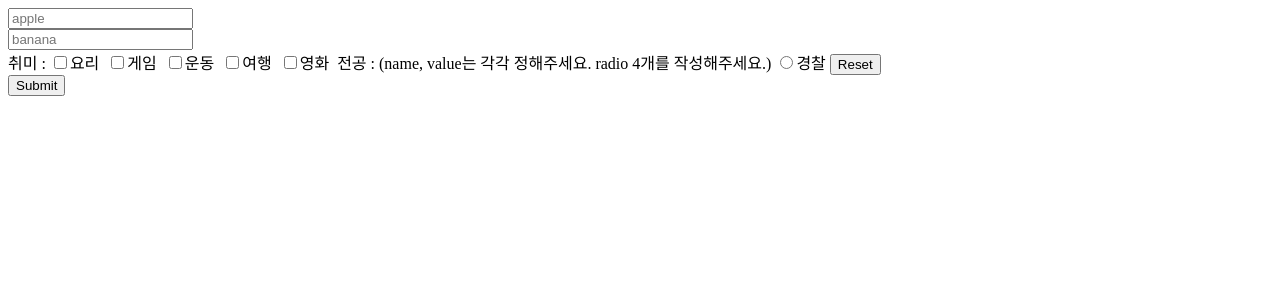
Repository: jjjjjjji-hun/jsp_practice
Page: http://localhost/JSPBasic/jspObject/1.requests/req_param_send.jsp
An editor plug-in stored every save of this project. The page is shown before and after the next save, followed by the edit.
The browser window is 1280 px wide. The pictures show the whole page.
The page is served by Tomcat 9.

Above is the page before, as saved 2022-02-03 06:35:43.

### JSPBasic/src/main/webapp/jspObject/1.requests/req_param_send.jsp
<%@ page language="java" contentType="text/html; charset=UTF-8"
    pageEncoding="UTF-8"%>
<!DOCTYPE html>
<html>
<head>
<meta charset="UTF-8">
<title>Insert title here</title>
</head>
<body>
<%--아래에 form을 만들고 내부에 input 4개를 만들어주세요.
input태그의 type속성은 하나는 text, 하나는 password
name 속성은 하나는 apple, 하나는 banana로 해 주세요.
reset 버튼과 submit 버튼도 각각 하나씩 만들어주세요.

form의 action이 바로 목적지를 적는 부분임
웹개발에서는 받을 페이지 회면의 주소를 적어줍니다. --%>
	<form action="req_param_getpost.jsp" method="get">
	<input type="text" name="apple" placeholder="apple"/><br/>
	<input type="password" name="banana" placeholder="banana"/><br/>

	취미 :
	<input type="checkbox" name="hobby" value="요리"/>요리&nbsp;
	<input type="checkbox" name="hobby" value="게임"/>게임&nbsp;
	<input type="checkbox" name="hobby" value="운동"/>운동&nbsp;
	<input type="checkbox" name="hobby" value="여행"/>여행&nbsp;
	<input type="checkbox" name="hobby" value="영화"/>영화&nbsp;

	전공 : (name, value는 각각 정해주세요. radio 4개를 작성해주세요.)
	<input type="radio" name="study" value="경찰학과"/>경찰

	<input type="reset" /><br/>
	<input type="submit" />
	</form>
</body>
</html>

After the next save:
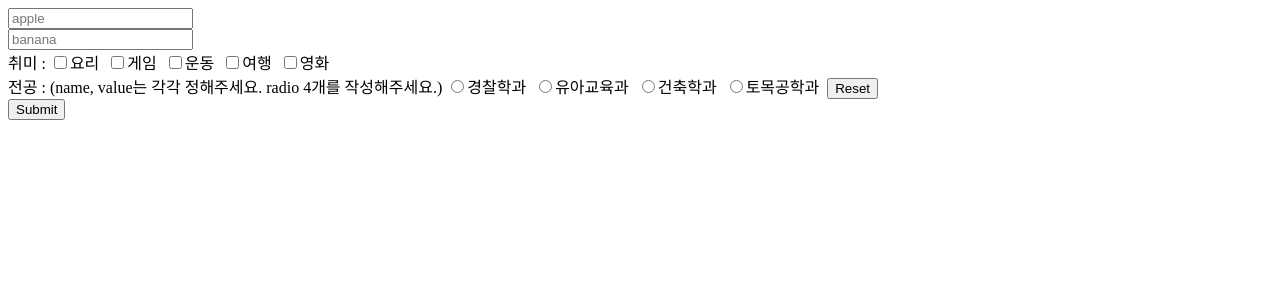
Saved 96 s later.
--- a/JSPBasic/src/main/webapp/jspObject/1.requests/req_param_send.jsp
+++ b/JSPBasic/src/main/webapp/jspObject/1.requests/req_param_send.jsp
@@ -24,9 +24,12 @@ form의 action이 바로 목적지를 적는 부분임
 	<input type="checkbox" name="hobby" value="운동"/>운동&nbsp;
 	<input type="checkbox" name="hobby" value="여행"/>여행&nbsp;
 	<input type="checkbox" name="hobby" value="영화"/>영화&nbsp;
-
+	<br/>
 	전공 : (name, value는 각각 정해주세요. radio 4개를 작성해주세요.)
-	<input type="radio" name="study" value="경찰학과"/>경찰
+	<input type="radio" name="study" value="경찰학과"/>경찰학과&nbsp;
+	<input type="radio" name="study" value="유아교육과"/>유아교육과&nbsp;
+	<input type="radio" name="study" value="건축학과"/>건축학과&nbsp;
+	<input type="radio" name="study" value="토목공학과"/>토목공학과&nbsp;
 
 	<input type="reset" /><br/>
 	<input type="submit" />
